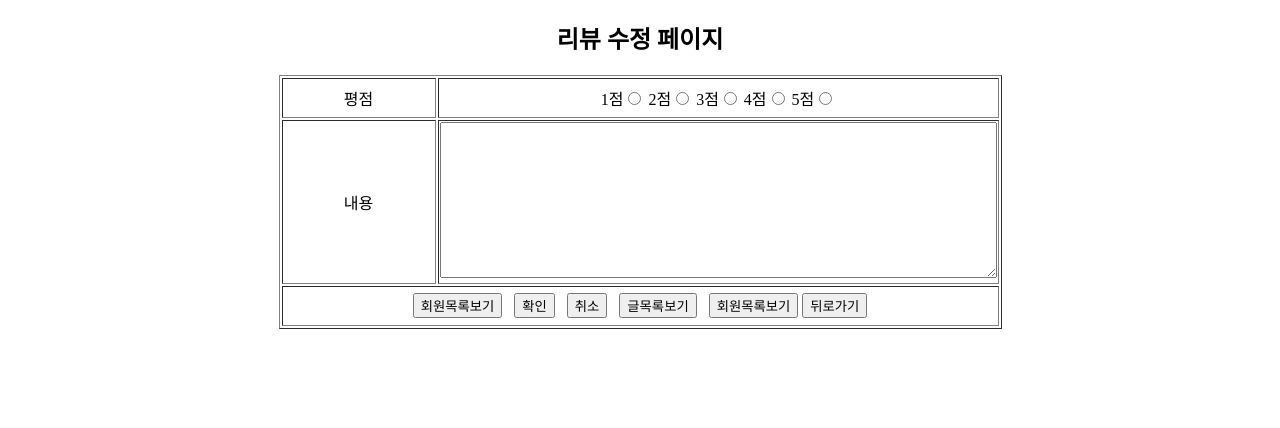
Repository: Served01/Project2_2209
Page: http://localhost/bookReviewProgram/rvUpdateform.jsp
An editor plug-in stored every save of this project. The page is shown before and after the next save, followed by the edit.
The browser window is 1280 px wide. The pictures show the whole page.
The page is served by Tomcat 9. Other server files are loaded and not shown.

Above is the page before, as saved 2022-09-26 00:33:06.

### bookReviewProgram/src/main/webapp/rvUpdateform.jsp
<%@ page language="java" contentType="text/html; charset=UTF-8"
    pageEncoding="UTF-8"%>
<%	request.setCharacterEncoding("UTF-8");	%>
<%@ page import="BKRV.review.rvDAO" %>
<%@ page import="BKRV.review.rvBean" %>
<!DOCTYPE html>
<html>
<head>
<meta charset="UTF-8">
<title>리뷰 수정 페이지</title>
</head>

<style>
table{
margin: auto;
}
</style>

<body>

<%
	int rv_number= 1; //Integer.parseInt(request.getParameter("rv_number"));
	int bk_number= 20220001; //Integer.parseInt(request.getParameter("bk_number"));
	String mb_id = "hyun1"; //request.getParameter("mb_id");
%>

	<h2 align="center">리뷰 수정 페이지</h2>

<form action="rvUpdatePro.jsp" method="post">
	<table border="1">
		<%-- <tr height="40" align="center">
			<td width="150">작성자</td>
			<td width="250"><%=rBean.getNick() %></td>
		</tr>
		<tr height="40" align="center">
			<td width="150">전자우편</td>
			<td width="250"><input type="text" name="email" size="67" disabled="disabled"></td>
		</tr>
		<tr height="40" align="center">
			<td width="150">주제</td>
			<td width="250"><input type="text" name="subject" size="67" placeholder="주제입력"></td>
		</tr> --%>
		<tr height="40" align="center">
			<td width="150">평점</td>
			<td width="250">
			1점<input type="radio" name="score">
			2점<input type="radio" name="score">
			3점<input type="radio" name="score">
			4점<input type="radio" name="score">
			5점<input type="radio" name="score"><%-- <%=rBean.getRv_score()%> --%></td>
		</tr>
		<tr height="40" align="center">
			<td width="150">내용</td>
			<td width="350">
			<textarea rows="10" cols="67" name="content"><%-- <%=rBean.getRv_content()%> --%></textarea>
		</tr>

		<tr height="40" align="center">
			<td colspan="2">
			<input type="button" value="회원목록보기" onclick="location.href='memberList.jsp'"/>&nbsp;&nbsp;
			<input type="submit" value="확인"/>&nbsp;&nbsp;
			<input type="reset" value="취소"/>&nbsp;&nbsp;
		<input type="button" value="글목록보기" onclick="location.href='boardList.jsp'"/>&nbsp;&nbsp;
		<input type="button" value="회원목록보기" onclick="location.href='memberList.jsp'"/>
		<input type="button" value="뒤로가기" onclick="location.href='history.back()'">

		</td></tr>
	</table>
</form>
</body>
</html>

After the next save:
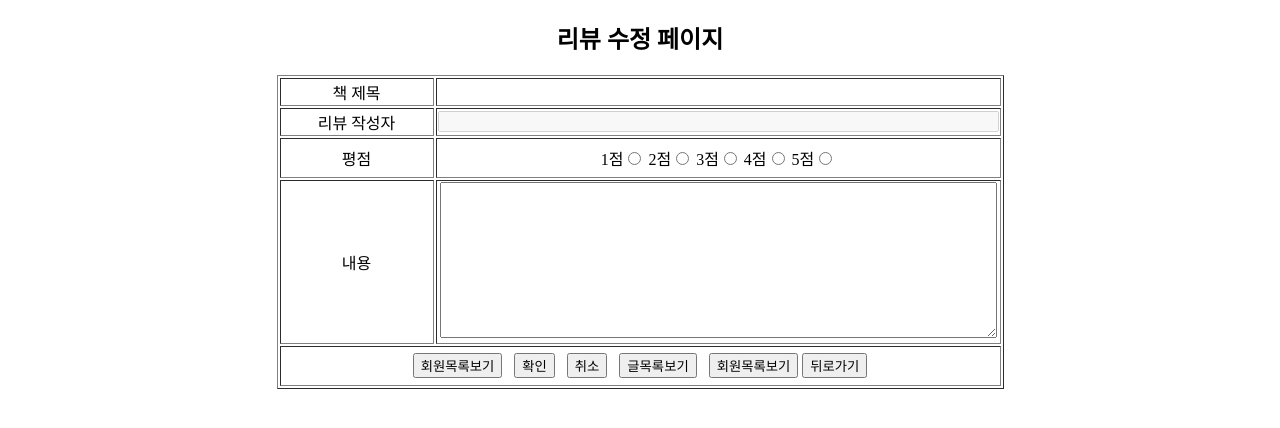
Saved 4 min 19 s later.
--- a/bookReviewProgram/src/main/webapp/rvUpdateform.jsp
+++ b/bookReviewProgram/src/main/webapp/rvUpdateform.jsp
@@ -28,18 +28,14 @@ margin: auto;
 
 <form action="rvUpdatePro.jsp" method="post">
 	<table border="1">
-		<%-- <tr height="40" align="center">
-			<td width="150">작성자</td>
-			<td width="250"><%=rBean.getNick() %></td>
+		<tr align="center">
+			<td>책 제목</td>
+			<td></td>
 		</tr>
-		<tr height="40" align="center">
-			<td width="150">전자우편</td>
-			<td width="250"><input type="text" name="email" size="67" disabled="disabled"></td>
+		<tr align="center">
+			<td>리뷰 작성자</td>
+			<td><input type="text" name="email" size="67" disabled="disabled"></td>
 		</tr>
-		<tr height="40" align="center">
-			<td width="150">주제</td>
-			<td width="250"><input type="text" name="subject" size="67" placeholder="주제입력"></td>
-		</tr> --%>
 		<tr height="40" align="center">
 			<td width="150">평점</td>
 			<td width="250">
